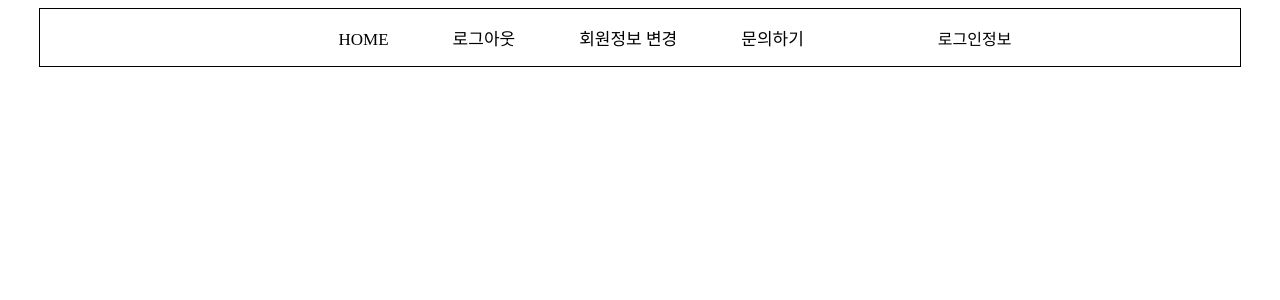
Repository: ceooyh/JSP
Page: http://localhost/memberProject/template/header2.jsp
The author's editor kept a copy of each file at every save. The page is drawn from the files as they stood at one save, then again after the next save.
The browser window is 1280 px wide. The pictures show the whole page.
The page is served by Tomcat 9. Other server files are loaded and not shown.

Above is the page before, as saved 2020-12-30 07:50:15.

### memberProject/WebContent/template/header2.jsp
<%@ page language="java" contentType="text/html; charset=UTF-8"
    pageEncoding="UTF-8"%>
<style>
	nav {
		width:1200px;
		margin:0 auto;/* 가운데 정렬  */
		border:1px solid black;
		text-align: center;
	}
	ul{
		list-style-type: none;
		height: auto;
		display: inline-block;
	}
	li{
		display: inline-block;
	}
	#menu_bar a:link,#menu_bar a:visited {
		color:black;
		text-decoration: none;
		font-size: 17px;
		text-align: center;
		padding: 20px 30px;
	}
	ul>li:last-child {
		padding-left: 100px;
	}
</style>
<nav id="menu_bar">
	<ul>
		<li><a href="main.jsp">HOME</a></li>
		<li><a href="logout.jsp">로그아웃</a></li>
		<li><a href="#">회원정보 변경</a></li>
		<li><a href="#">문의하기</a></li>
		<li>로그인정보</li>
	</ul>
</nav>

After the next save:
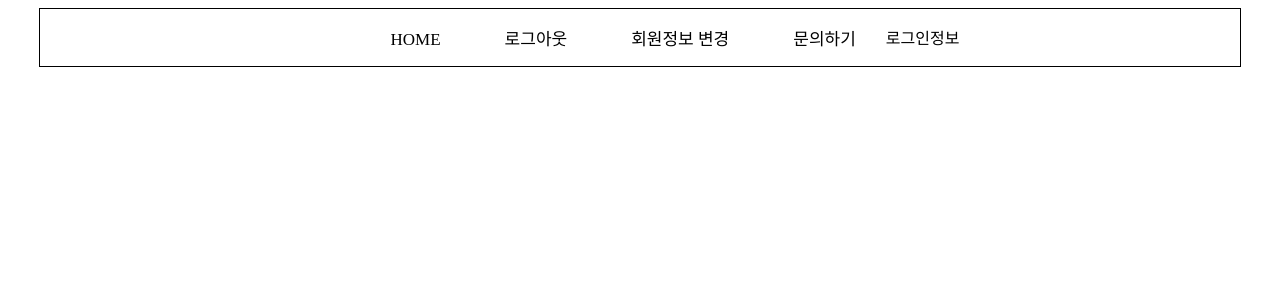
Saved 13 s later.
--- a/memberProject/WebContent/template/header2.jsp
+++ b/memberProject/WebContent/template/header2.jsp
@@ -23,7 +23,7 @@
 		padding: 20px 30px;
 	}
 	ul>li:last-child {
-		padding-left: 100px;
+		float: right;
 	}
 </style>
 <nav id="menu_bar">
